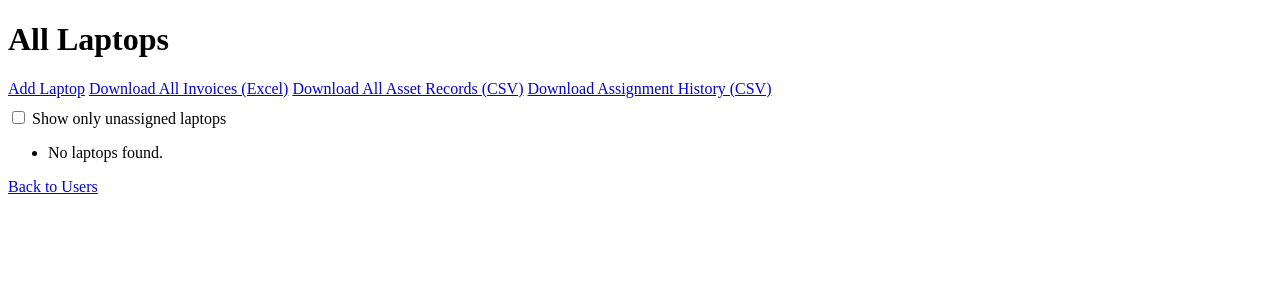
Repository: RishabhSpark/asset-management
Page: app/templates/laptops.html
An editor plug-in stored every save of this project. The page is shown before and after the next save, followed by the edit.
The browser window is 1280 px wide. The pictures show the whole page.
The page is served by the project's application, run on Flask 3 (app/main.py). Other server files are loaded and not shown. The template is opened directly, without the code that normally fills it, so the values that code supplies are empty.

Above is the page before, as saved 2025-06-11 15:55:16.

### app/templates/laptops.html
<!DOCTYPE html>
<html>
  <head>
    <title>Laptops</title>
  </head>
  <body>
    <h1>All Laptops</h1>
    <a href="{{ url_for('add_laptop') }}">Add Laptop</a>
    <a href="{{ url_for('download_invoices') }}"
      >Download All Invoices (Excel)</a
    >
    <a href="{{ url_for('download_asset_records') }}"
      >Download All Asset Records (CSV)</a
    >
    <a href="{{ url_for('download_assignment_history') }}"
      >Download Assignment History (CSV)</a
    >
    <form
      method="get"
      action="{{ url_for('list_laptops') }}"
      style="margin-top: 10px"
    >
      <label
        ><input
          type="checkbox"
          name="unassigned"
          value="1"
          {%
          if
          show_unassigned
          %}checked{%
          endif
          %}
          onchange="this.form.submit()"
        />
        Show only unassigned laptops</label
      >
    </form>
    <ul>
      {% for laptop in laptops %}
      <li>
        ID: {{ laptop.id }} | Model: {{ laptop.laptop_model }} | Serial: {{
        laptop.laptop_serial_number }}
        <a href="{{ url_for('laptop_detail', laptop_id=laptop.id) }}"
          >Details</a
        >
        <a href="{{ url_for('edit_laptop', laptop_id=laptop.id) }}">Edit</a>
        <form
          method="post"
          action="{{ url_for('retire_laptop', laptop_id=laptop.id) }}"
          style="display: inline"
        >
          <input
            type="submit"
            value="Retire/Dispose"
            onclick="return confirm('Are you sure?');"
          />
        </form>
      </li>
      {% else %}
      <li>No laptops found.</li>
      {% endfor %}
    </ul>
    <a href="{{ url_for('users') }}">Back to Users</a>
  </body>
</html>

### app/main.py
from google_auth_oauthlib.flow import Flow
from googleapiclient.discovery import build
from google.oauth2.credentials import Credentials
from googleapiclient.http import MediaIoBaseDownload
from flask import Flask, render_template, request, redirect, url_for, send_file, session
from db.crud import create_user, get_all_users, get_user_by_id, update_user, soft_delete_user, soft_delete_laptop, get_assignments_for_user
from db.database import SessionLocal, LaptopItem, LaptopAssignment, User, LaptopInvoice, MaintenanceLog
import pandas as pd
from datetime import datetime
from sqlalchemy.orm import joinedload

# import sys
import os
# sys.path.append(os.path.abspath(os.path.join(os.path.dirname(__file__), '..')))

app = Flask(__name__)
app.secret_key = "supersecret123"
os.environ["OAUTHLIB_INSECURE_TRANSPORT"] = "1"
SCOPES = ['https://www.googleapis.com/auth/drive.readonly']
CLIENT_SECRETS_FILE = 'client_secret.json'


def build_credentials(creds_dict):
    return Credentials(**creds_dict)


@app.route("/")
def index():

    return render_template("index.html")


@app.route('/authorize')
def authorize():
    flow = Flow.from_client_secrets_file(
        CLIENT_SECRETS_FILE,
        scopes=SCOPES,
        redirect_uri=url_for('oauth2callback', _external=True)
    )
    auth_url, _ = flow.authorization_url(prompt='consent')
    return redirect(auth_url)


@app.route('/oauth2callback')
def oauth2callback():
    flow = Flow.from_client_secrets_file(
        CLIENT_SECRETS_FILE,
        scopes=SCOPES,
        redirect_uri=url_for('oauth2callback', _external=True)
    )
    flow.fetch_token(authorization_response=request.url)
    creds = flow.credentials
    session['credentials'] = creds_to_dict(creds)
    users = [u for u in get_all_users() if u.is_active]
    return redirect(url_for('users'))


@app.route('/users')
def users():
    if 'credentials' not in session:
        return redirect('authorize')
    users = [u for u in get_all_users() if u.is_active]
    return render_template("users.html", users=users)


@app.route("/users/add", methods=["GET", "POST"])
def add_user():
    if 'credentials' not in session:
        return redirect('authorize')
    error = None
    if request.method == "POST":
        name = request.form["name"]
        email = request.form["email"]
        db_session = SessionLocal()
        # Duplicate email check
        exists = db_session.query(User).filter_by(email=email).first()
        if exists:
            error = "A user with this email already exists."
            db_session.close()
            return render_template("add_user.html", error=error)
        db_session.close()
        create_user(name, email)
        return redirect(url_for("users"))
    return render_template("add_user.html", error=error)


@app.route("/users/<int:user_id>")
def user_detail(user_id):
    if 'credentials' not in session:
        return redirect('authorize')
    user = get_user_by_id(user_id)
    assignments = get_assignments_for_user(user_id)
    return render_template("user_detail.html", user=user, assignments=assignments)


@app.route("/users/<int:user_id>/edit", methods=["GET", "POST"])
def edit_user(user_id):
    if 'credentials' not in session:
        return redirect('authorize')
    user = get_user_by_id(user_id)
    error = None
    if request.method == "POST":
        name = request.form["name"]
        email = request.form["email"]
        db_session = SessionLocal()

        exists = db_session.query(User).filter(
            User.email == email, User.id != user_id).first()
        if exists:
            error = "A user with this email already exists."
            db_session.close()
            return render_template("edit_user.html", user=user, error=error)
        db_session.close()
        update_user(user_id, name, email)
        return redirect(url_for("user_detail", user_id=user_id))
    return render_template("edit_user.html", user=user, error=error)


@app.route("/users/<int:user_id>/delete", methods=["POST"])
def delete_user_route(user_id):
    if 'credentials' not in session:
        return redirect('authorize')
    success = soft_delete_user(user_id)
    return redirect(url_for("index"))


@app.route("/laptops")
def list_laptops():
    if 'credentials' not in session:
        return redirect('authorize')
    show_unassigned = request.args.get("unassigned") == "1"
    db_session = SessionLocal()
    if show_unassigned:
        # Get all laptop IDs that are currently assigned
        assigned_ids = set([a.laptop_item_id for a in db_session.query(
            LaptopAssignment).filter_by(unassigned_at=None).all()])
        laptops = db_session.query(LaptopItem).filter(~LaptopItem.id.in_(
            assigned_ids), LaptopItem.is_retired == False, LaptopItem.is_active == True).all()
    else:
        laptops = db_session.query(LaptopItem).filter(
            LaptopItem.is_retired == False, LaptopItem.is_active == True).all()
    db_session.close()
    return render_template("laptops.html", laptops=laptops, show_unassigned=show_unassigned)


@app.route("/assign", methods=["GET", "POST"])
def assign_laptop():
    if 'credentials' not in session:
        return redirect('authorize')
    db_session = SessionLocal()
    users = db_session.query(User).all()
    # Only show laptops that are not assigned and not retired
    assigned_ids = set([a.laptop_item_id for a in db_session.query(
        LaptopAssignment).filter_by(unassigned_at=None).all()])
    laptops = db_session.query(LaptopItem).filter(~LaptopItem.id.in_(
        assigned_ids), LaptopItem.is_retired == False).all()
    db_session.close()
    error = None
    if request.method == "POST":
        user_id = int(request.form["user_id"])
        laptop_item_id = int(request.form["laptop_item_id"])
        db_session = SessionLocal()
        # Prevent double assignment
        active_assignment = db_session.query(LaptopAssignment).filter_by(
            laptop_item_id=laptop_item_id, unassigned_at=None).first()
        if active_assignment:
            error = "This laptop is already assigned. Please unassign it first."
            db_session.close()
            return render_template("assign_laptop.html", users=users, laptops=laptops, error=error)
        now = datetime.now().isoformat()
        assignment = LaptopAssignment(
            laptop_item_id=laptop_item_id,
            user_id=user_id,
            assigned_at=now,
            unassigned_at=None
        )
        db_session.add(assignment)
        db_session.commit()
        db_session.close()
        return redirect(url_for("user_detail", user_id=user_id))
    return render_template("assign_laptop.html", users=users, laptops=laptops, error=error)


@app.route("/unassign/<int:assignment_id>", methods=["POST"])
def unassign_laptop_route(assignment_id):
    if 'credentials' not in session:
        return redirect('authorize')
    db_session = SessionLocal()
    assignment = db_session.query(LaptopAssignment).filter_by(
        id=assignment_id).first()
    user_id = assignment.user_id if assignment else None
    if assignment and assignment.unassigned_at is None:
        assignment.unassigned_at = datetime.now().isoformat()
        db_session.commit()
    db_session.close()
    if user_id:
        return redirect(url_for("user_detail", user_id=user_id))
    return redirect(url_for("index"))


@app.route("/laptops/add", methods=["GET", "POST"])
def add_laptop():
    if 'credentials' not in session:
        return redirect('authorize')
    error = None
    if request.method == "POST":
        db_session = SessionLocal()

        def get_field(name):
            value = request.form.get(name)
            return value if value and value.strip() != '' else None
        # Required fields validation
        model = get_field("laptop_model")
        serial = get_field("laptop_serial_number")
        quantity_raw = get_field("quantity")
        try:
            quantity = int(quantity_raw) if quantity_raw else 1
        except ValueError:
            quantity = 1
        if not model:
            error = "Model is required."
            db_session.close()
            return render_template("add_laptop.html", error=error)
        # Unique serial number validation (if provided and quantity==1)
        if serial and quantity == 1:
            exists = db_session.query(LaptopItem).filter_by(
                laptop_serial_number=serial).first()
            if exists:
                error = "A laptop with this serial number already exists."
                db_session.close()
                return render_template("add_laptop.html", error=error)
        # Warranty duration: ensure integer or None
        warranty_raw = get_field("warranty_duration")
        warranty_duration = int(
            warranty_raw) if warranty_raw is not None else None
        # Add laptops
        for i in range(quantity):
            serial_number = serial if (serial and quantity == 1) else None
            # If quantity > 1 and serial is provided, only assign to first, rest are None
            if serial and quantity > 1 and i > 0:
                serial_number = None
            laptop = LaptopItem(
                laptop_model=model,
                processor=get_field("processor"),
                ram=get_field("ram"),
                storage=get_field("storage"),
                model_color=get_field("model_color"),
                screen_size=get_field("screen_size"),
                laptop_os=get_field("laptop_os"),
                laptop_os_version=get_field("laptop_os_version"),
                laptop_serial_number=serial_number,
                warranty_duration=warranty_duration,
                laptop_price=get_field("laptop_price"),
                invoice_id=None,  # Manually added
                created_at=datetime.now().isoformat()
            )
            db_session.add(laptop)
        db_session.commit()
        db_session.close()
        return redirect(url_for("list_laptops"))
    return render_template("add_laptop.html", error=error)


@app.route("/laptops/<int:laptop_id>/edit", methods=["GET", "POST"])
def edit_laptop(laptop_id):
    if 'credentials' not in session:
        return redirect('authorize')
    db_session = SessionLocal()
    laptop = db_session.query(LaptopItem).filter_by(id=laptop_id).first()
    error = None
    if not laptop:
        db_session.close()
        return redirect(url_for("list_laptops"))
    if request.method == "POST":
        def get_field(name):
            value = request.form.get(name)
            return value if value and value.strip() != '' else None
        model = get_field("laptop_model")
        serial = get_field("laptop_serial_number")
        if not model or not serial:
            error = "Model and Serial Number are required."
            db_session.close()
            return render_template("edit_laptop.html", laptop=laptop, error=error)
        # Unique serial number validation (ignore self)
        exists = db_session.query(LaptopItem).filter(
            LaptopItem.laptop_serial_number == serial, LaptopItem.id != laptop_id).first()
        if exists:
            error = "A laptop with this serial number already exists."
            db_session.close()
            return render_template("edit_laptop.html", laptop=laptop, error=error)
        # Warranty duration: ensure integer or None
        warranty_raw = get_field("warranty_duration")
        warranty_duration = int(
            warranty_raw) if warranty_raw is not None else None
        laptop.laptop_model = model
        laptop.processor = get_field("processor")
        laptop.ram = get_field("ram")
        laptop.storage = get_field("storage")
        laptop.model_color = get_field("model_color")
        laptop.screen_size = get_field("screen_size")
        laptop.laptop_os = get_field("laptop_os")
        laptop.laptop_os_version = get_field("laptop_os_version")
        laptop.laptop_serial_number = serial
        laptop.warranty_duration = warranty_duration
        laptop.laptop_price = get_field("laptop_price")
        db_session.commit()
        db_session.close()
        return redirect(url_for("list_laptops"))
    db_session.close()
    return render_template("edit_laptop.html", laptop=laptop, error=error)


@app.route("/laptops/<int:laptop_id>")
def laptop_detail(laptop_id):
    if 'credentials' not in session:
        return redirect('authorize')
    db_session = SessionLocal()
    laptop = db_session.query(LaptopItem).options(joinedload(
        LaptopItem.maintenance_logs)).filter_by(id=laptop_id).first()
    assignments = []
    if laptop:
        assignments = db_session.query(LaptopAssignment).options(joinedload(
            LaptopAssignment.user)).filter_by(laptop_item_id=laptop_id).all()
    db_session.close()
    return render_template("laptop_detail.html", laptop=laptop, assignments=assignments)


@app.route("/laptops/<int:laptop_id>/retire", methods=["POST"])
def retire_laptop(laptop_id):
    if 'credentials' not in session:
        return redirect('authorize')
    db_session = SessionLocal()
    laptop = db_session.query(LaptopItem).filter_by(id=laptop_id).first()
    # Check if currently assigned
    active_assignment = db_session.query(LaptopAssignment).filter_by(
        laptop_item_id=laptop_id, unassigned_at=None).first()
    if active_assignment:
        user = db_session.query(User).filter_by(
            id=active_assignment.user_id).first()
        db_session.close()
        error = f"Cannot retire: Laptop is currently assigned to {user.name} ({user.email})"
        # Re-render the laptop detail page with error
        db_session = SessionLocal()
        laptop = db_session.query(LaptopItem).options(joinedload(
            LaptopItem.maintenance_logs)).filter_by(id=laptop_id).first()
        assignments = []
        if laptop:
            assignments = db_session.query(LaptopAssignment).options(joinedload(
                LaptopAssignment.user)).filter_by(laptop_item_id=laptop_id).all()
        db_session.close()
        return render_template("laptop_detail.html", laptop=laptop, assignments=assignments, error=error)
    if laptop:
        laptop.is_retired = True
        db_session.commit()
    db_session.close()
    return redirect(url_for("laptop_detail", laptop_id=laptop_id))


@app.route("/laptops/<int:laptop_id>/maintenance", methods=["GET", "POST"])
def add_maintenance_log(laptop_id):
    if 'credentials' not in session:
        return redirect('authorize')
    db_session = SessionLocal()
    laptop = db_session.query(LaptopItem).filter_by(id=laptop_id).first()
    error = None
    if not laptop:
        db_session.close()
        return redirect(url_for("list_laptops"))
    if request.method == "POST":
        description = request.form.get("description")
        performed_by = request.form.get("performed_by")
        if not description or not performed_by:
            error = "Description and Performed By are required."
            db_session.close()
            return render_template("add_maintenance.html", laptop=laptop, error=error)
        log = MaintenanceLog(
            laptop_item_id=laptop_id,
            date=datetime.now().isoformat(),
            description=description,
            performed_by=performed_by
        )
        db_session.add(log)
        db_session.commit()
        db_session.close()
        return redirect(url_for("laptop_detail", laptop_id=laptop_id))
    db_session.close()
    return render_template("add_maintenance.html", laptop=laptop, error=error)


@app.route("/replace_device/<int:assignment_id>", methods=["GET", "POST"])
def replace_device(assignment_id):
    if 'credentials' not in session:
        return redirect('authorize')
    db_session = SessionLocal()
    assignment = db_session.query(LaptopAssignment).filter_by(
        id=assignment_id).first()
    if not assignment or assignment.unassigned_at:
        db_session.close()
        return redirect(url_for("user_detail", user_id=assignment.user_id if assignment else 1))
    user_id = assignment.user_id
    old_laptop_id = assignment.laptop_item_id
    # Get all unassigned and not retired laptops
    assigned_ids = set([a.laptop_item_id for a in db_session.query(
        LaptopAssignment).filter_by(unassigned_at=None).all()])
    unassigned_laptops = db_session.query(LaptopItem).filter(
        ~LaptopItem.id.in_(assigned_ids), LaptopItem.is_retired == False).all()
    error = None
    if request.method == "POST":
        new_laptop_id = int(request.form["new_laptop_id"])
        # Unassign the old device
        assignment.unassigned_at = datetime.now().isoformat()
        # Assign the new device
        new_assignment = LaptopAssignment(
            laptop_item_id=new_laptop_id,
            user_id=user_id,
            assigned_at=datetime.now().isoformat(),
            unassigned_at=None
        )
        db_session.add(new_assignment)
        db_session.commit()
        db_session.close()
        return redirect(url_for("user_detail", user_id=user_id))
    db_session.close()
    return render_template("replace_device.html", assignment=assignment, unassigned_laptops=unassigned_laptops, error=error)


@app.route("/download_invoices")
def download_invoices():
    if 'credentials' not in session:
        return redirect('authorize')
    db_session = SessionLocal()
    invoices = db_session.query(LaptopInvoice).all()
    data = []
    # Add all laptops, including those not linked to an invoice
    all_laptops = db_session.query(LaptopItem).all()
    for item in all_laptops:
        invoice = item.invoice if item.invoice_id else None
        row = {
            'Invoice Number': invoice.invoice_number if invoice else '',
            'Order Date': invoice.order_date if invoice else '',
            'Invoice Date': invoice.invoice_date if invoice else '',
            'Order Number': invoice.order_number if invoice else '',
            'Supplier Name': invoice.supplier_name if invoice else '',
            'Laptop Model': item.laptop_model,
            'Processor': item.processor,
            'RAM': item.ram,
            'Storage': item.storage,
            'Color': item.model_color,
            'Screen Size': item.screen_size,
            'OS': item.laptop_os,
            'OS Version': item.laptop_os_version,
            'Serial Number': item.laptop_serial_number,
            'Warranty Duration': item.warranty_duration,
            'Price': item.laptop_price,
            'Created At': item.created_at,
            'Warranty Expiry': item.warranty_expiry,
            'Is Retired': item.is_retired
        }
        data.append(row)
    db_session.close()

    # Ensure output/assets directory exists
    output_dir = os.path.join(os.path.dirname(
        __file__), '..', 'output', 'assets')
    os.makedirs(output_dir, exist_ok=True)
    file_path = os.path.join(output_dir, "laptop_invoices_download.xlsx")
    df = pd.DataFrame(data)
    df.to_excel(file_path, index=False)
    return send_file(file_path, as_attachment=True)


@app.route("/download_asset_records")
def download_asset_records():
    if 'credentials' not in session:
        return redirect('authorize')
    db_session = SessionLocal()
    laptops = db_session.query(LaptopItem).all()
    data = []
    for laptop in laptops:
        # Find active assignment
        active_assignment = (
            db_session.query(LaptopAssignment)
            .filter_by(laptop_item_id=laptop.id, unassigned_at=None)
            .first()
        )
        assigned_to = None
        assigned_to_email = None
        if active_assignment:
            user = db_session.query(User).filter_by(
                id=active_assignment.user_id).first()
            if user:
                assigned_to = user.name
                assigned_to_email = user.email
        row = {
            'Laptop ID': laptop.id,
            'Model': laptop.laptop_model,
            'Serial Number': laptop.laptop_serial_number,
            'Status': 'Retired/Disposed' if laptop.is_retired else 'Active',
            'Is Retired': laptop.is_retired,
            'Assigned': True if assigned_to else False,
            'Assigned To': assigned_to or '',
            'Assigned To Email': assigned_to_email or '',
            'Created At': laptop.created_at,
            'Warranty Expiry': laptop.warranty_expiry,
            'Price': laptop.laptop_price
        }
        data.append(row)
    db_session.close()
    output_dir = os.path.join(os.path.dirname(
        __file__), '..', 'output', 'assets')
    os.makedirs(output_dir, exist_ok=True)
    file_path = os.path.join(output_dir, "asset_records_download.csv")
    df = pd.DataFrame(data)
    df.to_csv(file_path, index=False)
    return send_file(file_path, as_attachment=True)


@app.route("/download_assignment_history")
def download_assignment_history():
    if 'credentials' not in session:
        return redirect('authorize')
    db_session = SessionLocal()
    assignments = db_session.query(LaptopAssignment).all()
    data = []
    for assignment in assignments:
        laptop = db_session.query(LaptopItem).filter_by(
            id=assignment.laptop_item_id).first()
        user = db_session.query(User).filter_by(id=assignment.user_id).first()
        row = {
            'Assignment ID': assignment.id,
            'Laptop ID': assignment.laptop_item_id,
            'Laptop Model': laptop.laptop_model if laptop else '',
            'Laptop Serial Number': laptop.laptop_serial_number if laptop else '',
            'User ID': assignment.user_id,
            'User Name': user.name if user else '',
            'User Email': user.email if user else '',
            'Assigned At': assignment.assigned_at,
            'Unassigned At': assignment.unassigned_at or '',
        }
        data.append(row)
    db_session.close()
    output_dir = os.path.join(os.path.dirname(
        __file__), '..', 'output', 'assets')
    os.makedirs(output_dir, exist_ok=True)
    file_path = os.path.join(output_dir, "assignment_history_download.csv")
    df = pd.DataFrame(data).sort_values(by="Laptop ID")
    df.to_csv(file_path, index=False)
    return send_file(file_path, as_attachment=True)


def creds_to_dict(creds):
    return {
        'token': creds.token,
        'refresh_token': creds.refresh_token,
        'token_uri': creds.token_uri,
        'client_id': creds.client_id,
        'client_secret': creds.client_secret,
        'scopes': creds.scopes
    }


if __name__ == "__main__":
    app.run(port=8000, debug=True)

### db/database.py
from sqlalchemy import create_engine, Column, Integer, String, Float, ForeignKey, Boolean
from sqlalchemy.ext.declarative import declarative_base
from sqlalchemy.orm import relationship, sessionmaker
import os

Base = declarative_base()
DATABASE_URL = "sqlite:///invoices_database.db"

engine = create_engine(DATABASE_URL, echo=True)
SessionLocal = sessionmaker(bind=engine)

class LaptopInvoice(Base):
    __tablename__ = "laptop_invoices"

    id = Column(Integer, primary_key=True, index=True)
    invoice_number = Column(String, index=True)
    order_date = Column(String)
    invoice_date = Column(String)
    order_number = Column(String)
    supplier_name = Column(String)
    # Relationship to laptop items
    items = relationship("LaptopItem", cascade="all, delete-orphan", backref="invoice")

class LaptopItem(Base):
    __tablename__ = "laptop_items"
    id = Column(Integer, primary_key=True, index=True)
    invoice_id = Column(Integer, ForeignKey("laptop_invoices.id"))
    laptop_model = Column(String)
    processor = Column(String)
    ram = Column(String)
    storage = Column(String)
    model_color = Column(String)
    screen_size = Column(String)
    laptop_os = Column(String)
    laptop_os_version = Column(String)
    laptop_serial_number = Column(String, unique=True)
    warranty_duration = Column(Integer)
    laptop_price = Column(Float)
    created_at = Column(String, default=None)
    warranty_expiry = Column(String, nullable=True)
    is_retired = Column(Boolean, default=False)
    is_active = Column(Boolean, default=True)

class User(Base):
    __tablename__ = "users"
    id = Column(Integer, primary_key=True, index=True)
    name = Column(String, nullable=False)
    email = Column(String, unique=True, index=True, nullable=False)
    is_active = Column(Boolean, default=True)
    # Relationship to assignments
    assignments = relationship("LaptopAssignment", cascade="all, delete-orphan", backref="user")

class LaptopAssignment(Base):
    __tablename__ = "laptop_assignments"
    id = Column(Integer, primary_key=True, index=True)
    laptop_item_id = Column(Integer, ForeignKey("laptop_items.id"))
    user_id = Column(Integer, ForeignKey("users.id"))
    assigned_at = Column(String)
    unassigned_at = Column(String, nullable=True)

    laptop_item = relationship("LaptopItem", backref="assignments")

class MaintenanceLog(Base):
    __tablename__ = "maintenance_logs"
    id = Column(Integer, primary_key=True, index=True)
    laptop_item_id = Column(Integer, ForeignKey("laptop_items.id"))
    date = Column(String)
    description = Column(String)
    performed_by = Column(String)
    laptop_item = relationship("LaptopItem", backref="maintenance_logs")

def init_db():
    if not os.path.exists("laptop_database.db"):
        Base.metadata.create_all(bind=engine)
    # Always check and create new tables if needed
    Base.metadata.create_all(bind=engine)

After the next save:
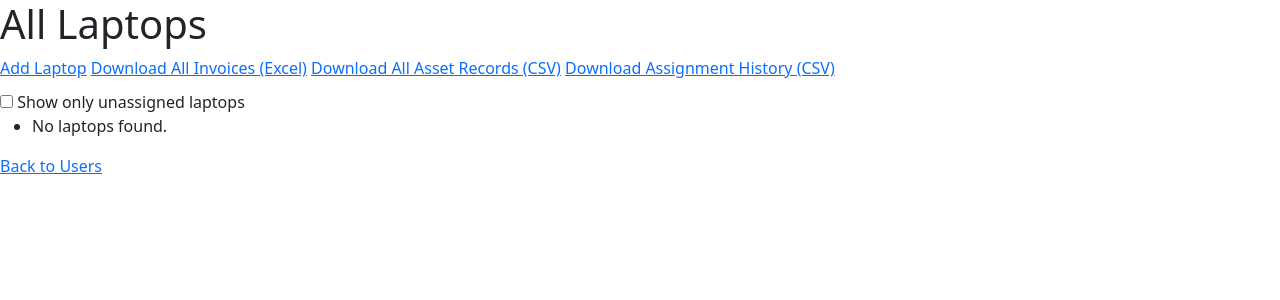
Saved 3 min 48 s later.
--- a/app/templates/laptops.html
+++ b/app/templates/laptops.html
@@ -2,6 +2,12 @@
 <html>
   <head>
     <title>Laptops</title>
+    <link
+      href="https://cdn.jsdelivr.net/npm/bootstrap@5.0.2/dist/css/bootstrap.min.css"
+      rel="stylesheet"
+      integrity="sha384-EVSTQN3/azprG1Anm3QDgpJLIm9Nao0Yz1ztcQTwFspd3yD65VohhpuuCOmLASjC"
+      crossorigin="anonymous"
+    />
   </head>
   <body>
     <h1>All Laptops</h1>
@@ -62,5 +68,14 @@
       {% endfor %}
     </ul>
     <a href="{{ url_for('users') }}">Back to Users</a>
+    <script
+      src="https://cdn.jsdelivr.net/npm/bootstrap@5.0.2/dist/js/bootstrap.bundle.min.js"
+      integrity="sha384-MrcW6ZMFYlzcLA8Nl+NtUVF0sA7MsXsP1UyJoMp4YLEuNSfAP+JcXn/tWtIaxVXM"
+      crossorigin="anonymous"
+    ></script>
+    <link
+      href="https://cdn.jsdelivr.net/npm/bootstrap-icons@1.5.0/font/bootstrap-icons.css"
+      rel="stylesheet"
+    />
   </body>
 </html>
